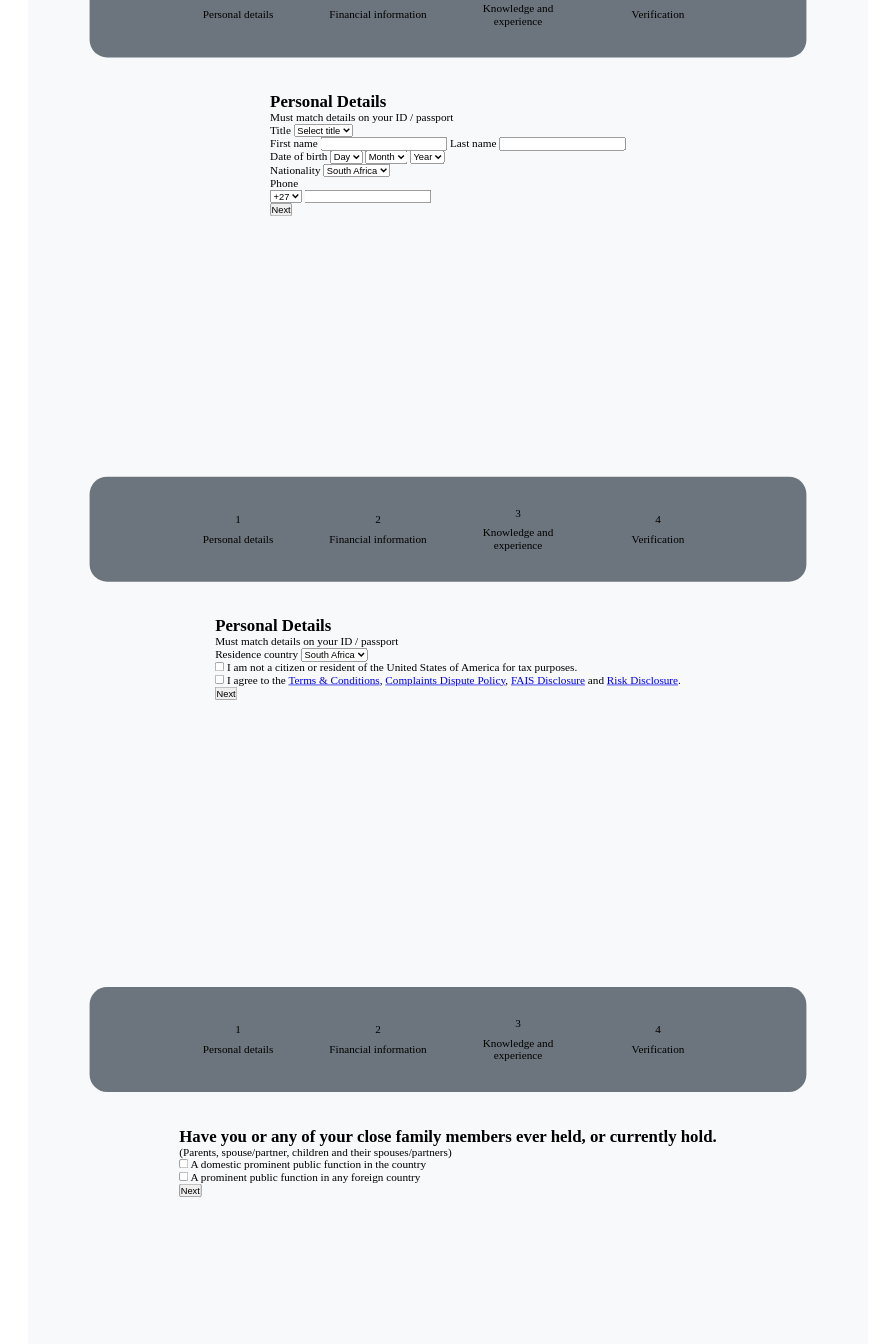
Repository: Jacques-Jaki-Morkel/vaultmarkets_SignupFlow
Page: index.HTML
An editor plug-in stored every save of this project. The page is shown before and after the next save, followed by the edit.
The browser window is 1280 px wide. The pictures show the part of the page from y = 960 to 2880 px (the page is 2880 px tall), at 70% of full size.

Above is the page before, as saved 2025-07-30 14:59:08.

After the next save:
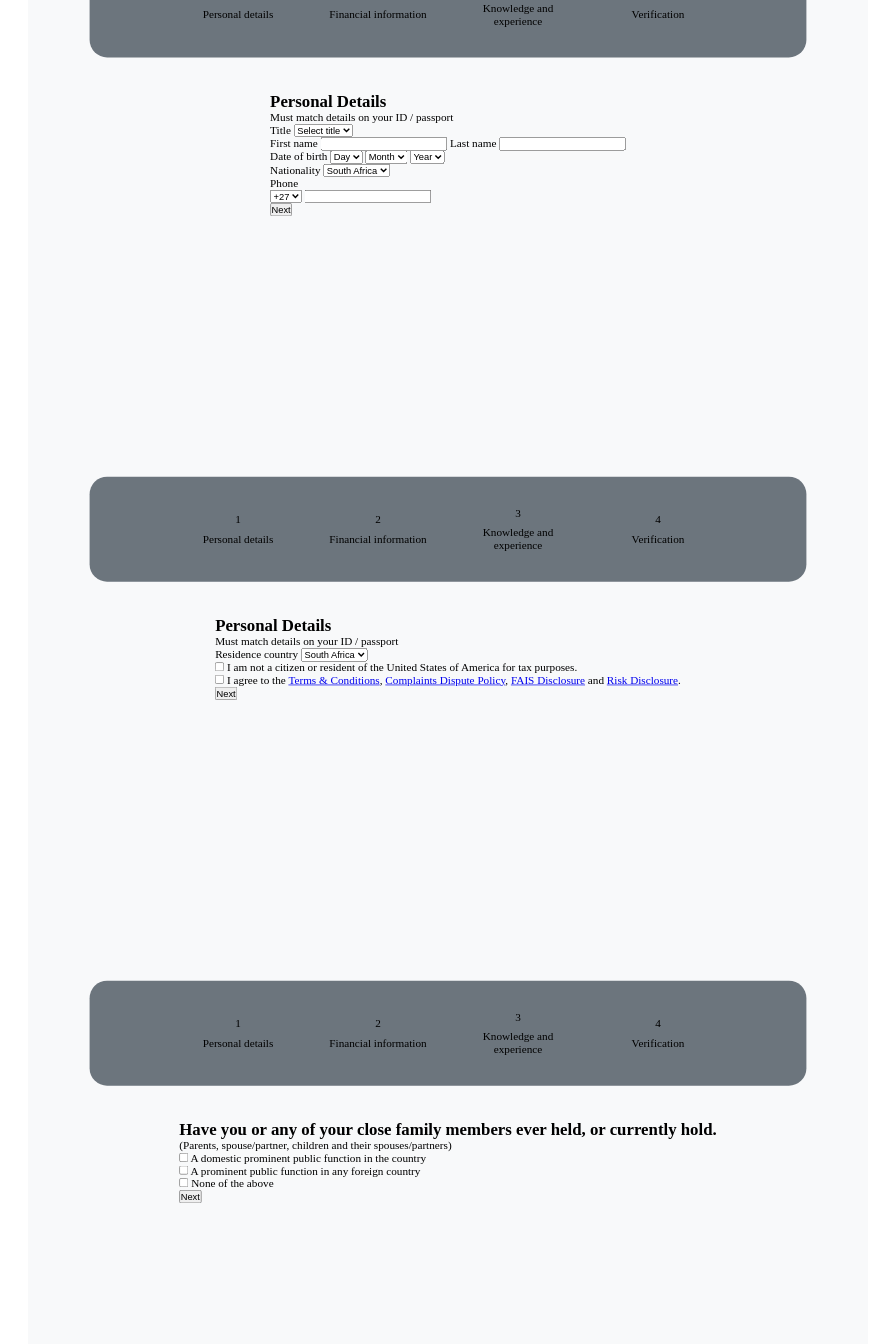
Saved 70 s later.
--- a/index.HTML
+++ b/index.HTML
@@ -270,6 +270,12 @@
                         country</label>
                 </div>
 
+                <!-- none country declaration -->
+                <div>
+                    <input type="checkbox" id="none" name="none" required>
+                    <label for="none">None of the above</label>
+                </div>
+
                 <button type="submit">Next</button>
             </form>
     </section>
